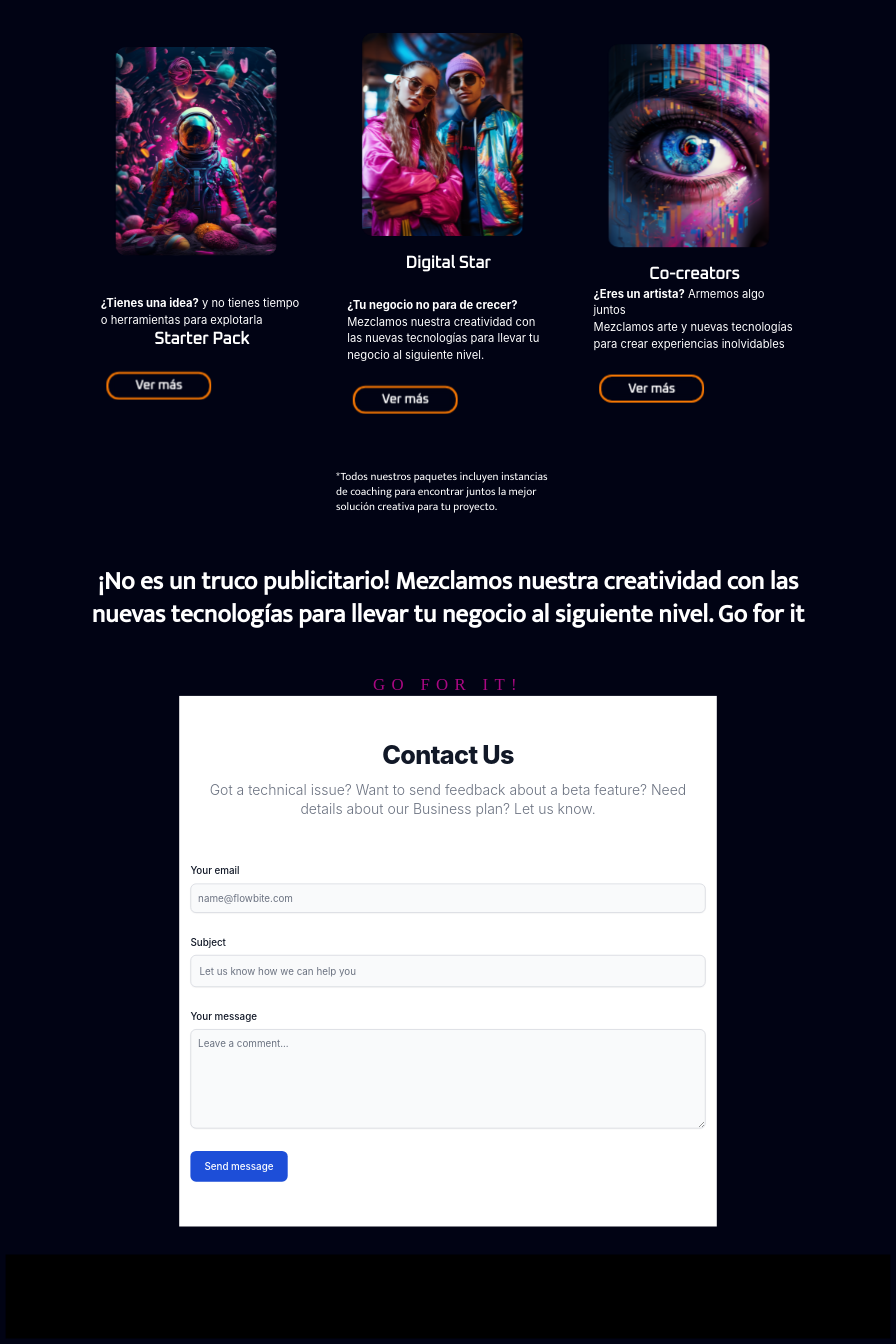
Repository: itsomosedison/tailwind-landing-page
Page: index.html
These files come from the project's save history. The page is drawn as it stood at one moment and after the next save; the edit follows.
The browser window is 1280 px wide. The pictures show the part of the page from y = 1393 to 3313 px (the page is 3313 px tall before and 3193 px after), at 70% of full size.
Some web fonts or font styles are not loaded; a fallback is used.

Above is the page before, as saved 2023-09-30 20:43:34.

### index.html
<!DOCTYPE html>
 <html lang="en" class="">
<head>
    <meta charset="UTF-8">
    <meta http-equiv="X-UA-Compatible" content="IE=edge">
    <meta name="viewport" content="width=device-width, initial-scale=1.0">
    <title>Fuxia Lab</title>
    <meta name="description" content="Creamos contenido para tu negocio. FOTOS - VIDEOS - PACKS DE IMAGENES. Tenemos packs de contenido hechos a tu medida.">
    <link href="./output.css" rel="stylesheet">
</head>
<body>
    <header>
        <nav class="fuxiaNavBar">
            <div class="flex flex-wrap justify-between items-center mx-auto max-w-screen-xl">
                <a href="https://fuxialab.com" class="flex items-center">
                    <img src="recursos/LogoFuxiaHorizontal.png" class="logo mr-3 h-6 sm:h-9" alt="FuxiaLab Logo" />
                </a>
            </div>
        </nav>
    </header>

    <div class="hero containerFuxiaHero">
        <div class="containerFuxia flex-col" style="max-width:  1080px;align-items: center;">
            <h1 class="FuxiaH1">IA Believers</h1>

            <div class="flex-row" style="max-width: 400px;">
                <h2 class="FuxiaH2"> <b>¡No es un truco publicitario!</b> Mezclamos nuestra creatividad con las nuevas tecnologías para llevar tu negocio al siguiente nivel.</h2>
                <p class="FuxiaSpecialText">GO FOR IT!</p>
            </div>
            <div class="flex-row" style="text-align: center;width:70%">
                <p class="WhiteSpecialText" style="text-align: center;">SELECCIONA TU NIVEL</p>
            </div>
            <div class="flex-col">
                    <button class="FuxiaButton">Rookie</button>
                    <button class="FuxiaButton">Amateur</button>
                    <button class="FuxiaButton">Follower</button>
                    <button class="FuxiaButton">Believer</button>
            </div>
        </div>
    </div>

    <div class="containerFuxia flex-col" style="max-width:  1080px;align-items: center;margin-top: -32px;">
        <img src="recursos/sheepHero2.png" alt="Imagen de la oveja" style="width:1920px;" />
        <p class="WhiteSpecialText" style="text-align: center;">INSTA SHEEP</p>
        <p class="WhiteSpecialText" style="text-align: center;">ACA VA INSTAGRAM</p>
    </div>

    <div class="containerFuxia flex-col" style="max-width:  1080px;align-items: center;">
        <p class="GradienteSpecialText" style="text-align: center;">ACTIVA TU PLAN</p>
    </div>

    <div class="containerFuxiaCards flex-row">
                <div class="cardContainer">
                    <a href="https://api.whatsapp.com/send/?phone=5401138519899&text=Hola%21+vi+tu+anuncio+en+la+web+y+estoy+interesado+en+un+Starter+Pack" target="_blank" class="fuxiaCard">
                        <img class="cardImg" src="recursos/start.png" alt="Imagen de la oveja" />
                    </a>
                    <p class="mt-8"><b>¿Tienes una idea?</b> y no tienes tiempo o herramientas para explotarla</p>
                    <h1 class="cardH1">Starter Pack</h1>
                    <br>
                    <button class="gradientButton">Ver más</button>
                </div>

                <div class="cardContainer">
                    <a href="https://api.whatsapp.com/send/?phone=5401138519899&text=Hola%21+vi+tu+anuncio+en+la+web+y+estoy+interesado+en+ser+un+Digital+Star" target="_blank" class="fuxiaCard">
                        <img class="cardImg" src="recursos/star.png" alt="Imagen de la oveja" />

                    </a>
                    <h1 class="cardH1">Digital Star</h1>
                    <p class="mt-8"> <b>¿Tu negocio no para de crecer?</b> Mezclamos nuestra creatividad con las nuevas tecnologías para llevar tu negocio al siguiente nivel.</p>
                    <br>
                    <button class="gradientButton">Ver más</button>
                </div>


                <div class="cardContainer">
                    <a href="https://api.whatsapp.com/send/?phone=5401138519899&text=Hola%21+vi+tu+anuncio+en+la+web+y+estoy+interesado+en+co+crear+un+proyecto+jun" target="_blank" class="fuxiaCard">
                        <img class="cardImg" src="recursos/cocrea.png" alt="Imagen de la oveja" />
                    </a>
                    <h1 class="cardH1">Co-creators</h1>
                    <p class=""><b>¿Eres un artista?</b> Armemos algo juntos</p> Mezclamos arte y nuevas tecnologías para crear experiencias inolvidables</p>
                    <br>
                    <button class="gradientButton">Ver más</button>
                </div>
            </div>
            </div>
        </section>
    </div>

        <div class="containerFuxia flex-row" style="max-width:  1080px;align-items: center;">
                    <p class="FuxiaH2" style="font-size: 16px; width: 320px;">*Todos nuestros paquetes incluyen instancias de coaching para encontrar juntos la mejor solución creativa para tu proyecto.</p>
        </div>

        <div class="containerFuxia flex-row" style="max-width:  1080px;align-items: center;">

                <p class="quoteText">¡No es un truco publicitario! Mezclamos nuestra creatividad con las nuevas tecnologías para llevar tu negocio al siguiente nivel. Go for it</p>
                <p class="FuxiaSpecialText" style="margin-top:60px">GO FOR IT!</p>

                <section class="bg-white dark:bg-gray-900">
                    <div class="py-8 lg:py-16 px-4 mx-auto max-w-screen-md">
                        <h2 class="mb-4 text-4xl tracking-tight font-extrabold text-center text-gray-900 dark:text-white">Contact Us</h2>
                        <p class="mb-8 lg:mb-16 font-light text-center text-gray-500 dark:text-gray-400 sm:text-xl">Got a technical issue? Want to send feedback about a beta feature? Need details about our Business plan? Let us know.</p>
                        <form action="#" class="space-y-8">
                            <div>
                                <label for="email" class="block mb-2 text-sm font-medium text-gray-900 dark:text-gray-300">Your email</label>
                                <input type="email" id="email" class="shadow-sm bg-gray-50 border border-gray-300 text-gray-900 text-sm rounded-lg focus:ring-primary-500 focus:border-primary-500 block w-full p-2.5 dark:bg-gray-700 dark:border-gray-600 dark:placeholder-gray-400 dark:text-white dark:focus:ring-primary-500 dark:focus:border-primary-500 dark:shadow-sm-light" placeholder="name@flowbite.com" required>
                            </div>
                            <div>
                                <label for="subject" class="block mb-2 text-sm font-medium text-gray-900 dark:text-gray-300">Subject</label>
                                <input type="text" id="subject" class="block p-3 w-full text-sm text-gray-900 bg-gray-50 rounded-lg border border-gray-300 shadow-sm focus:ring-primary-500 focus:border-primary-500 dark:bg-gray-700 dark:border-gray-600 dark:placeholder-gray-400 dark:text-white dark:focus:ring-primary-500 dark:focus:border-primary-500 dark:shadow-sm-light" placeholder="Let us know how we can help you" required>
                            </div>
                            <div class="sm:col-span-2">
                                <label for="message" class="block mb-2 text-sm font-medium text-gray-900 dark:text-gray-400">Your message</label>
                                <textarea id="message" rows="6" class="block p-2.5 w-full text-sm text-gray-900 bg-gray-50 rounded-lg shadow-sm border border-gray-300 focus:ring-primary-500 focus:border-primary-500 dark:bg-gray-700 dark:border-gray-600 dark:placeholder-gray-400 dark:text-white dark:focus:ring-primary-500 dark:focus:border-primary-500" placeholder="Leave a comment..."></textarea>
                            </div>
                            <button type="submit" class="py-3 px-5 text-sm font-medium text-center text-white rounded-lg bg-primary-700 sm:w-fit hover:bg-primary-800 focus:ring-4 focus:outline-none focus:ring-primary-300 dark:bg-primary-600 dark:hover:bg-primary-700 dark:focus:ring-primary-800">Send message</button>
                        </form>
                    </div>
                  </section>

        </div>

   <div class="footerFuxia flex-row">

   </div>

</body>
</html>

Loaded but not shown: output.css (2759 lines, source omitted)

After the next save:
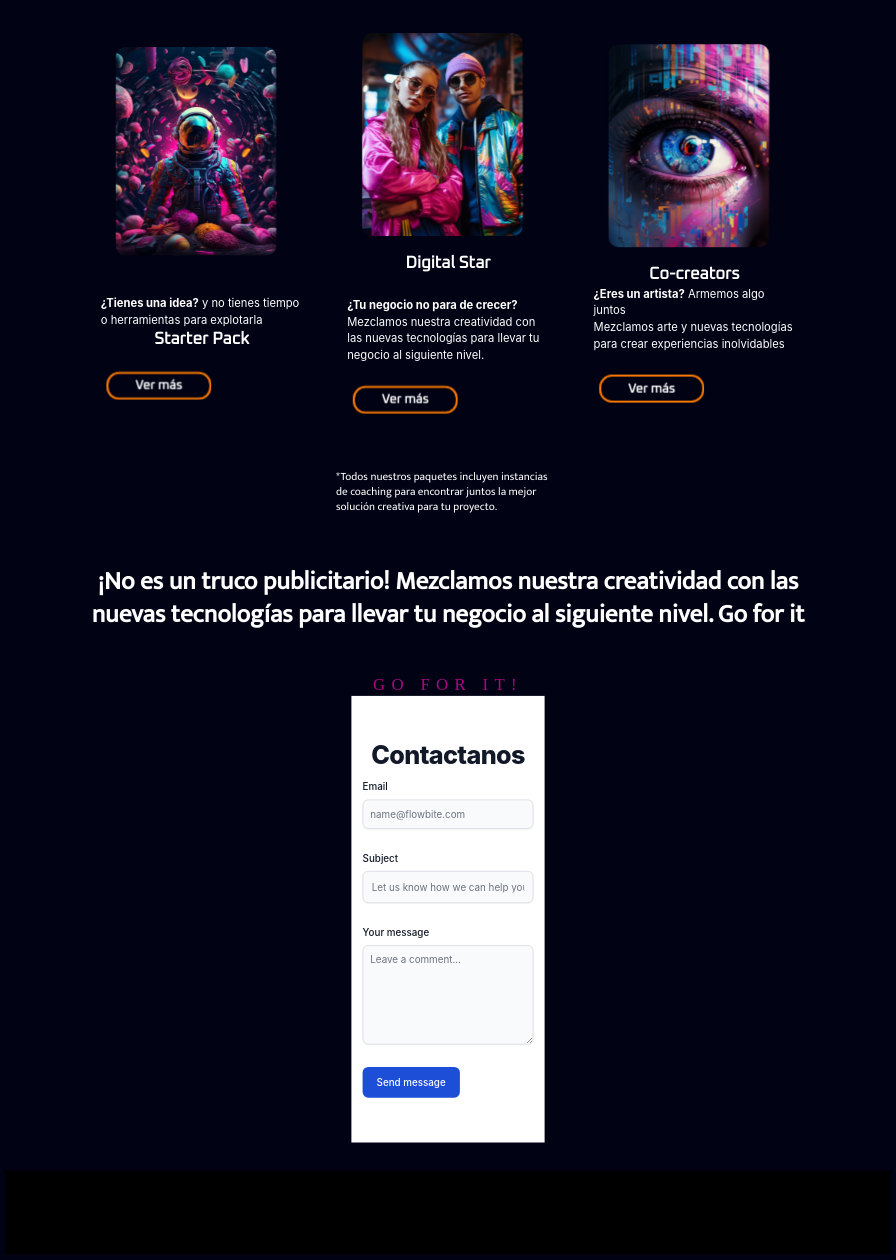
Saved 37 s later.
--- a/index.html
+++ b/index.html
@@ -97,11 +97,10 @@
 
                 <section class="bg-white dark:bg-gray-900">
                     <div class="py-8 lg:py-16 px-4 mx-auto max-w-screen-md">
-                        <h2 class="mb-4 text-4xl tracking-tight font-extrabold text-center text-gray-900 dark:text-white">Contact Us</h2>
-                        <p class="mb-8 lg:mb-16 font-light text-center text-gray-500 dark:text-gray-400 sm:text-xl">Got a technical issue? Want to send feedback about a beta feature? Need details about our Business plan? Let us know.</p>
+                        <h2 class="mb-4 text-4xl tracking-tight font-extrabold text-center text-gray-900 dark:text-white">Contactanos</h2>
                         <form action="#" class="space-y-8">
                             <div>
-                                <label for="email" class="block mb-2 text-sm font-medium text-gray-900 dark:text-gray-300">Your email</label>
+                                <label for="email" class="block mb-2 text-sm font-medium text-gray-900 dark:text-gray-300">Email</label>
                                 <input type="email" id="email" class="shadow-sm bg-gray-50 border border-gray-300 text-gray-900 text-sm rounded-lg focus:ring-primary-500 focus:border-primary-500 block w-full p-2.5 dark:bg-gray-700 dark:border-gray-600 dark:placeholder-gray-400 dark:text-white dark:focus:ring-primary-500 dark:focus:border-primary-500 dark:shadow-sm-light" placeholder="name@flowbite.com" required>
                             </div>
                             <div>
